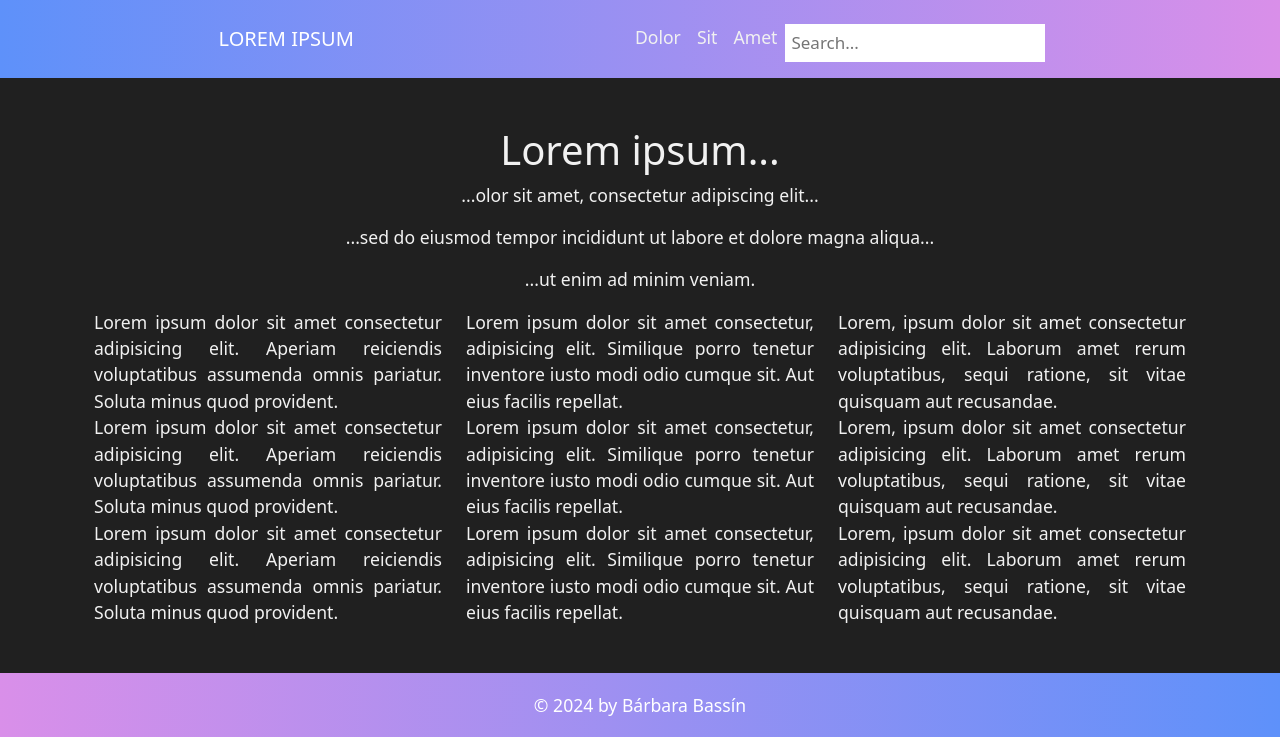
Repository: romancegirl/responsiveness
Page: index.html
An editor plug-in stored every save of this project. The page is shown before and after the next save, followed by the edit.
The browser window is 1280 px wide. The pictures show the whole page.

Above is the page before, as saved 2024-11-19 18:56:57.

After the next save:
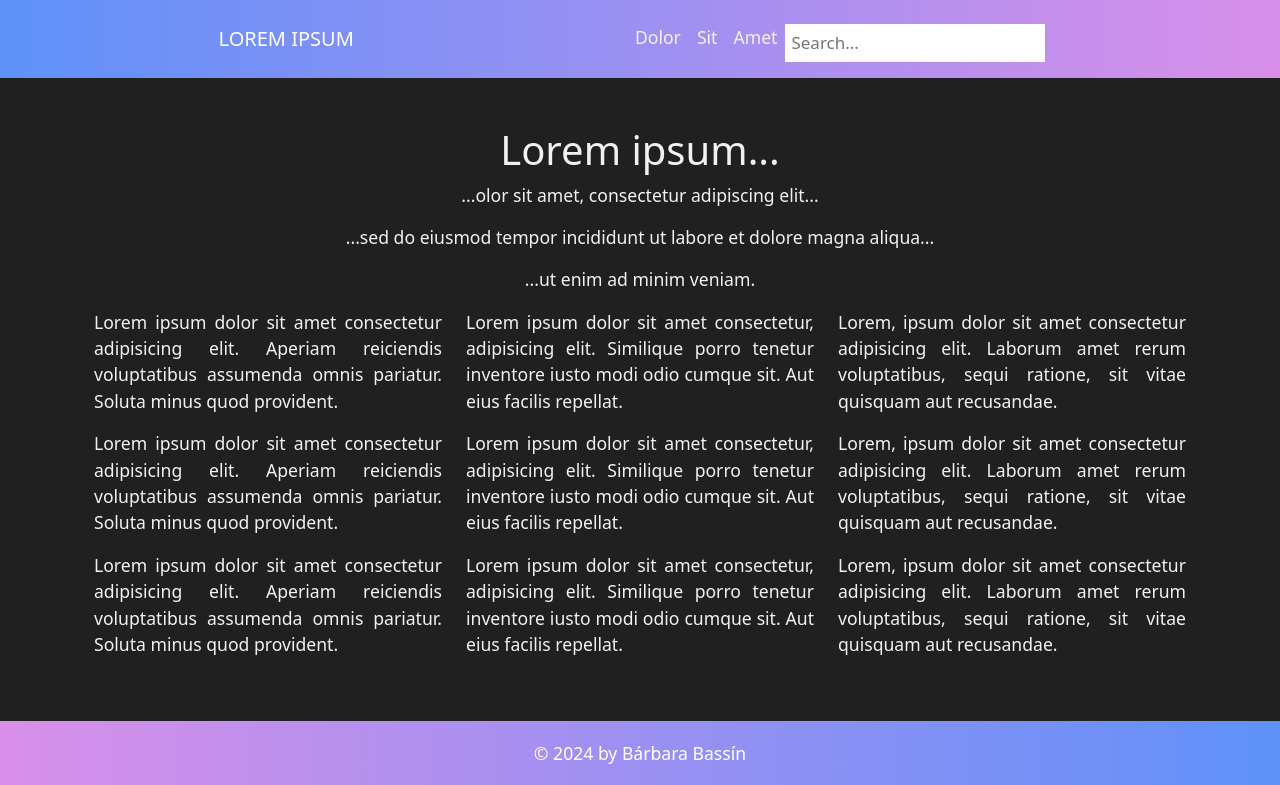
Saved 86 s later.
--- a/css/styles.css
+++ b/css/styles.css
@@ -36,14 +36,20 @@ h4 {
     -webkit-text-fill-color: transparent;
 }
 
-.row {
-    text-align: justify;
-}
+
 
 /* General */
 
 p {
     text-align: center;
+}
+
+.row {
+    text-align: justify;
+}
+
+.paragraph {
+margin-bottom: 1rem;
 }
 
 /* Responsiveness */
